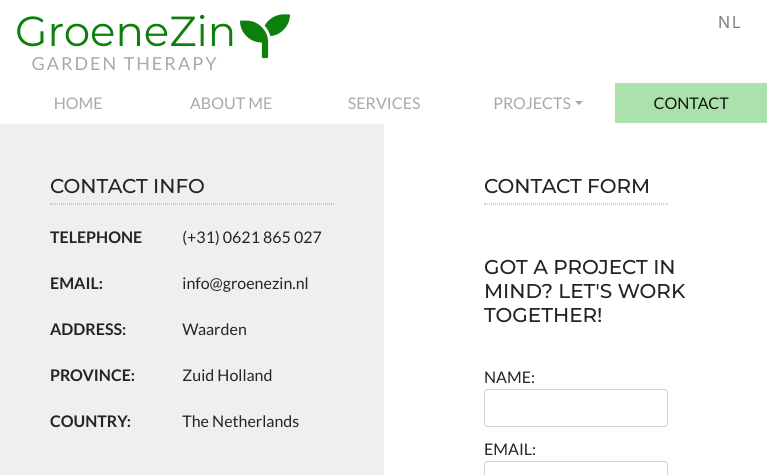
Repository: Sparkplug84/MilestoneProject1
Page: contact.html
The author's editor kept a record of every edit. The page is drawn from the files as they stood at one moment, then again after the next edit.
The browser window is 768 px wide. The pictures show the part of the page from y = 0 to 475 px (the page is 879 px tall before and 875 px after).
Pictures or frames that could not be fetched are drawn as grey boxes. Some web libraries are served in a nearby version.

Above is the page before.
Console error: TypeError: Cannot read properties of undefined (reading 'fn')

### contact.html
<!DOCTYPE html>
<html lang="en">

<head>
    <meta charset="UTF-8">
    <meta name="viewport" content="width=device-width, initial-scale=1.0">
    <meta http-equiv="X-UA-Compatible" content="ie=edge">
    <title>Groenezin | Gardening Coach, Mentor and Designer</title>
    <link rel="stylesheet" href="https://stackpath.bootstrapcdn.com/bootstrap/4.3.1/css/bootstrap.min.css" integrity="sha384-ggOyR0iXCbMQv3Xipma34MD+dH/1fQ784/j6cY/iJTQUOhcWr7x9JvoRxT2MZw1T" crossorigin="anonymous">
    <link rel="stylesheet" href="//use.fontawesome.com/releases/v5.10.2/css/all.css">
    <link rel="stylesheet" href="https://cdnjs.cloudflare.com/ajax/libs/hover.css/2.3.1/css/hover-min.css" type="text/css">
    <script src="https://stackpath.bootstrapcdn.com/bootstrap/4.3.1/js/bootstrap.min.js" integrity="sha384-JjSmVgyd0p3pXB1rRibZUAYoIIy6OrQ6VrjIEaFf/nJGzIxFDsf4x0xIM+B07jRM" crossorigin="anonymous"></script>
    <link rel="stylesheet" href="style.css" type="text/css" />
</head>

<body>
    <div class="container-fluid brand-heading">
        <div class="brand-container">
            <a href="index.html" class="brand">
                <div class="brand-wrapper">
                    <div class="brand-header">GroeneZin</div>
                    <div class="brand-sub uppercase">Garden Therapy</div>
                    <div class="brand-logo"><i class="fas fa-seedling" aria-hidden="true"></i></div>
                </div>
            </a>
        </div>

        <div class="language-toggle"><a class="language-link" href="NL_index.html">NL</a></div>
    </div>

    <nav class="navbar navbar-light navbar-expand-sm">

        <button class="navbar-toggler ml-auto" type="button" data-toggle="collapse" data-target="#navbarDropdown" aria-controls="navbarDropdown" aria-expanded="false" aria-label="Toggle navigation">
        <span class="navbar-toggler-icon"></span></button>

        <div class="collapse navbar-collapse" id="navbarDropdown">
            <ul class="navbar-nav mr-auto">
                <li class="nav-item"><a class="nav-link hvr-fade uppercase" href="index.html">Home</a></li>
                <li class="nav-item"><a class="nav-link hvr-fade uppercase" href="aboutme.html">About Me</a></li>
                <li class="nav-item"><a class="nav-link hvr-fade uppercase" href="services.html">Services</a></li>
                <li class="nav-item dropdown">
                    <a class="nav-link hvr-fade dropdown-toggle uppercase" href="#" id="navbarDropdownMenuLink" role="button" data-toggle="dropdown" aria-haspopup="true" aria-expanded="false">Projects</a>
                    <div class="dropdown-menu" aria-labelledby="navbarDropdownMenuLink">
                        <a class="dropdown-item uppercase" href="coaching.html">Coach & Maintain</a>
                        <a class="dropdown-item uppercase" href="groupactivity.html">Group Activity</a>
                        <a class="dropdown-item uppercase" href="gardendesign.html">Garden Design</a>
                    </div>
                </li>

                <li class="active nav-item"><a class="nav-link hvr-fade uppercase" href="contact.html">Contact</a></li>
            </ul>
        </div>
    </nav>



    <div class="container-fluid">
        <div class="row">
            <div class="col-lg-4 col-md-6 contact-container">
                <div class="contact-info">
                    <h5 class="contact-heading uppercase">Contact Info</h5>
                    <hr class="contact-hr">
                    <div class="info-container">
                        <div class="personal-info-item">
                            <div class="key">
                                <p class="uppercase">Telephone</p>
                            </div>
                            <div class="value">
                                <p>(+31) 0621 865 027</p>
                            </div>
                        </div>
                        <div class="personal-info-item">
                            <div class="key">
                                <p class="uppercase">Email:</p>
                            </div>
                            <div class="value">
                                <p>info@groenezin.nl</p>
                            </div>
                        </div>
                        <div class="personal-info-item">
                            <div class="key">
                                <p class="uppercase">Address:</p>
                            </div>
                            <div class="value">
                                <p>Waarden</p>
                            </div>
                        </div>
                        <div class="personal-info-item">
                            <div class="key">
                                <p class="uppercase">Province:</p>
                            </div>
                            <div class="value">
                                <p>Zuid Holland</p>
                            </div>
                        </div>
                        <div class="personal-info-item">
                            <div class="key">
                                <p class="uppercase">Country:</p>
                            </div>
                            <div class="value">
                                <p>The Netherlands</p>
                            </div>
                        </div>
                    </div>
                </div>
                <div class="contact-photo">

                </div>
            </div>
            <div class="col-lg-8 col-md-6 form-container">
                <h5 class="contact-heading uppercase">Contact form</h5>
                <hr class="contact-hr">
                <h5 class="form-header uppercase">Got a project in mind? Let's work together!</h5>

                <form action="#" method="post" class="form uppercase">
                    <label for="name">Name:</label>
                    <input type="name" id="name" name="name" class="form-control">
                    <label for="email">Email:</label>
                    <input type="email" id="email" name="email" class="form-control">
                    <label for="projectsummary">Project Description:</label>
                    <textarea rows="5" name="projectsummary" id="projectsummary" class="form-control" required></textarea>
                    <button type="submit" class="btn btn-secondary">Send project request!</button>
                </form>
            </div>
        </div>
    </div>

    <footer class="container-fluid">
        <div class="row footer-padding">
            <div class="col-sm-4 mt-3">
                <h6 class="footer-sub uppercase">About Me</h6>
                <p>Enthusiastic gardener with a passion for working with others. Let's work together in the garden!</p>
            </div>
            <div class="col-sm-4 mt-3">
                <h6 class="footer-sub uppercase">Download the flyer</h6>
                <p class="inline-block">Feel free to download our flyer and pass along to potenial clients.
                    <a href="#" target="_blank" class="flyer-pdf">
                        <i class="fa fa-download" aria-hidden="true"></i>
                        <span class="sr-only">Download link.</span>
                    </a>
                </p>
            </div>
            <div class="col-sm-4 mt-3">
                <h6 class="footer-sub uppercase">Social</h6>
                <ul class="list-inline social-links">
                    <li class="list-inline-item">
                        <a href="#" target="_blank">
                            <i class="fab fa-linkedin" aria-hidden="true"></i>
                            <span class="sr-only">LinkedIn</span>
                        </a>
                    </li>
                    <li class="list-inline-item">
                        <a href="#" target="_blank">
                            <i class="fab fa-facebook" aria-hidden="true"></i>
                            <span class="sr-only">Facebook</span>
                    </li>
                    <li class="list-inline-item">
                        <a href="#" target="_blank">
                            <i class="fab fa-instagram" aria-hidden="true"></i>
                            <span class="sr-only">Instagram</span>
                        </a>
                    </li>
                </ul>
            </div>
        </div>
    </footer>



    <script src="https://code.jquery.com/jquery-3.3.1.slim.min.js" integrity="sha384-q8i/X+965DzO0rT7abK41JStQIAqVgRVzpbzo5smXKp4YfRvH+8abtTE1Pi6jizo" crossorigin="anonymous"></script>
    <script src="https://cdnjs.cloudflare.com/ajax/libs/popper.js/1.14.7/umd/popper.min.js" integrity="sha384-UO2eT0CpHqdSJQ6hJty5KVphtPhzWj9WO1clHTMGa3JDZwrnQq4sF86dIHNDz0W1" crossorigin="anonymous"></script>
    <script src="https://stackpath.bootstrapcdn.com/bootstrap/4.3.1/js/bootstrap.min.js" integrity="sha384-JjSmVgyd0p3pXB1rRibZUAYoIIy6OrQ6VrjIEaFf/nJGzIxFDsf4x0xIM+B07jRM" crossorigin="anonymous"></script>
</body>

</html>

### style.css
@import url('https://fonts.googleapis.com/css?family=Lato:300,400,700|Montserrat:200,300,400,500,600,700,800,900&display=swap');

/* --------------------- General styles -------------------*/

.uppercase {
    text-transform: uppercase;
}

body {
    margin: 0;
    padding: 0;
}

.inline-block {
    display: inline-block;
}

/* --------------------- colours -------------------*/

.language-link {
    color: grey;
}

/* --------------------- Brand and Logo Section -------------------*/

.brand-container {
    width: 300px;
}

a.brand {
    width: 250px;
    height: 100%;
    text-decoration: none;
}

.brand-wrapper {
    width: 220px;
    height: 100%;
}

.brand-header {
    font-family: "Montserrat", sans-serif;
    font-size: 42px;
    height: 50px;
    width: 220px;
    color: #0d7f0d;
}

.brand-heading {
    position: relative;
}

.brand-sub {
    font-family: "Lato", sans-serif;
    display: inline-block;
    font-size: 18px;
    height: 32px;
    width: 220px;
    color: darkgrey;
    letter-spacing: 2px;
    text-align: center;
}

.brand-logo {
    display: inline-block;
    position: absolute;
    top: 0;
    right: inherit;
    font-size: 50px;
    height: 82px;
    width: 60px;
    color: #0d7f0d;
    text-align: center;
}

.language-toggle {
    display: inline;
    position: absolute;
    right: 25px;
    top: 10px;
    letter-spacing: 2px;
}

a.language-link {
    text-decoration: none;
}

a.language-link:hover {
    color: #0d7f0d;
}

/* --------------------- Navbar -------------------*/

.collapse {
    position: relative;
    z-index: 1;
    padding: 0;
    margin: 0;
}

.navbar {
    padding: 0;
}

.navbar-light .navbar-nav .nav-link {
    color: darkgrey;
}

nav ul {
    justify-content: space-around;
    width: 100%;
    border: 1px solid white;
    background-color: white;
}

nav ul li {
    border-left: 1px solid white;
    list-style-type: none;
    width: 100%;
    text-align: center;
}

nav ul li a {
    text-decoration: none;
    font-family: "Lato", sans-serif;
}

.hvr-fade {
    width: 100%;
    padding-right: 0;
    padding-left: 0;
}

.hvr-fade:hover {
    color: white;
    background-color: #abe1ab;
}

.navbar .navbar-toggler {
    border: 0;
}

.active {
    background-color: #abe1ab;
}

.dropdown-item {
    text-align: center;
}

/* --------------------- Callout -------------------*/

.callout-container {
    font-family: "Montserrat", sans-serif;
    height: 100vh;
    background: url(https://www.nps.gov/caco/learn/news/images/National-Public-Lands-Day_1.JPG) no-repeat right fixed;
    -webkit-background-size: cover;
    -moz-background-size: cover;
    -o-background-size: cover;
    background-size: cover;
    display: flex;
    align-items: center;
    justify-content: center;
    position: relative;
}

.jumbotron {
    background: rgba(0, 0, 0, 0.5);
    max-width: 750px;
    max-height: 400px;
}

.jumbotron-header,
.jumbotron .sub-header {
    color: white;
}

.block-divider {
    width: 200px;
    height: 2px;
    border: none;
    background-color: #fff;
}

.btn-cta {
    color: #fff;
    background-color: #e84610;
    border-color: #e84610;
    width: 160px;
    border-radius: 0;
    font-family: "Montserrat", sans-serif;
}

.btn {
    font-size: 15px;
    font-weight: 500;
}

/* --------------------- Footer -------------------*/

.footer-sub {
    font-family: "Montserrat", sans-serif;
    font-weight: 400;
    color: white;
    margin-bottom: 4px;
}

footer {
    background-color: #0d7f0d;
    min-height: 100px;
}

footer p {
    font-family: "Lato", sans-serif;
    font-size: 14px;
    font-weight: 200;
    color: white;
    margin: 0;
    padding: 0;
}

.flyer-pdf {
    font-size: 16px;
    color: white;
    padding-left: 5px;
    transition: all 0.5s ease-in-out;
    -moz-transition: all 0.5s ease-in-out;
    -o-transition: all 0.5s ease-in-out;
    -webkit-transition: all 0.5s ease-in-out;
}

.flyer-pdf:hover {
    color: #e84610;
}


.social-links li a i {
    width: 35px;
    height: 35px;
    border-radius: 50%;
    font-size: 18px;
    text-align: center;
    color: #0d7f0d;
    background: white;
    line-height: 8px;
    padding: 13px 0;
    transition: all 0.5s ease-in-out;
    -moz-transition: all 0.5s ease-in-out;
    -o-transition: all 0.5s ease-in-out;
    -webkit-transition: all 0.5s ease-in-out;
}

.social-links li a i:hover {
    background-color: #e84610;
}

.footer-padding {
    padding: 0 18px 18px 18px;
}

/* --------------------- About Me -------------------*/

.profile-container {
    padding: 40px;
    background: #efefef;
}

.profile-name {
    font-family: "Montserrat", sans-serif;
    font-size: 25px;
    font-weight: 400;
    text-align: center;
    padding-bottom: 15px;
}

.profile-photo {
    width: 100%;
    padding-bottom: 100%;
    border: solid 3px darkgrey;
    border-radius: 50%;
    margin: 0 auto;
    background: url("./images/maaike-profile.jpg") center;
    background-repeat: no-repeat;
    background-size: cover;
}

.details-heading {
    font-family: "Montserrat", sans-serif;
    font-size: 25px;
    font-weight: 400;
    padding-bottom: 25px;
}

.details-container {
    padding: 20px 20px 0px 20px;
    background: #efefef;
    margin: 0 auto;
}

.personal-info-item {
    display: block;
    clear: both;
    margin-bottom: 22px;
    font-family: "Lato", sans-serif;
}

.personal-info-item .key,
.personal-info-item .value {
    display: inline-block;
}

.personal-info-item .key p,
.personal-info-item .value p {
    margin: 0;
    padding-left: 30px;
}

.personal-info-item .key {
    width: 30%;
    margin-right: 20px;
}

.personal-info-item .key p {
    font-weight: 700;
}

.personal-info-item .value {
    position: relative;
    width: 60%;
}

.aboutme-container {
    padding: 40px;

}

.aboutme-heading {
    font-family: "Montserrat", sans-serif;
    font-size: 25px;
    font-weight: 400;
    padding-bottom: 25px;
}

.aboutme-subheading {
    font-family: "Montserrat", sans-serif;
    font-size: 16px;
    font-weight: 600;
}

.col-10 {
    padding-bottom: 30px;
}

.col-10 p {
    font-family: "Lato", sans-serif;
}

.aboutme-icon {
    color: #e84610;
    font-size: 18px;
}

/* --------------------- Services -------------------*/

.services-heading {
    font-family: "Montserrat", sans-serif;
    font-weight: 600;
}

.services-info {
    font-family: "Lato", sans-serif;
    font-size: 14px;
}

.services-section {
    padding: 50px 0px 50px 100px;
    position: relative;
    right: 0;
    margin: 0 auto;
}

.services-sub {
    min-height: 300px;
    background-color: #efefef;
    padding: 20px;
}

.photo-section {
    padding: 50px 20px 50px 0px;
    margin: 0;
}

.photo-service1 {
    width: 85%;
    min-height: 300px;
    background: url("./images/tuinier-plant-zaadjes-in-zijn-tuin.jpg") no-repeat center;
    background-size: cover;
}

.photo-service2 {
    width: 85%;
    min-height: 300px;
    background: url("./images/group-activity1.jpg") no-repeat center;
    background-size: cover;
}

.photo-service3 {
    width: 85%;
    min-height: 300px;
    background: url("./images/Moestuin Herbergier plan.jpg") no-repeat center;
    background-size: cover;
}

.price-heading {
    display: inline-block;
    font-family: "Montserrat", sans-serif;
}

.price-info {
    display: inline-block;
    font-family: "Lato", sans-serif;
    padding-left: 10px;
}

.coaching-link,
.coaching-link:hover {
    color: black;
    text-decoration: none;
}

/* --------------------- Mentor & Coach -------------------*/

.coaching-header {
    width: 100%;
    height: 100%;
    background-color: #efefef;
    padding: 25px;
}

.coaching-heading {
    font-family: "Montserrat", sans-serif;
    font-weight: 500;
}

.coaching-jumbotron {
    position: relative;
    background: url("./images/Coaching1.jpg") no-repeat center;
    -webkit-background-size: cover;
    -moz-background-size: cover;
    -o-background-size: cover;
    background-size: cover;
    height: 450px;
    width: 100%;
    margin: 0 0 50px 0;
}

.coaching-jumbotron2 {
    position: relative;
    background: url("./images/Coaching2.jpg") no-repeat center;
    -webkit-background-size: cover;
    -moz-background-size: cover;
    -o-background-size: cover;
    background-size: cover;
    height: 450px;
    width: 100%;
    margin: 0 0 50px 0;
}

.coaching-container-text {
    position: absolute;
    top: 25px;
    background-color: #efefef;
    width: 90px;
    height: 45px;
    padding: 14px;
}

.coaching-container-text h5 {
    color: black;
    font-family: "Lato", sans-serif;
    font-size: 16px;
    font-weight: 600;
}


/* --------------------- Contact -------------------*/

.contact-photo {
    height: 280px;
    background: url(https://cdn.pixabay.com/photo/2017/12/02/14/38/contact-us-2993000_1280.jpg) no-repeat center;
    -webkit-background-size: cover;
    -moz-background-size: cover;
    -o-background-size: cover;
    background-size: cover;
}

.contact-container {
    padding: 0;
    margin: 0;
}

.info-container {
    padding: 0 0 20px 20px;
}

.contact-hr {
    border: dotted 1px;
    opacity: 0.2;
    margin: 5px 50px 20px;
}

.contact-info {
    display: block;
    width: 100%;
    height: 35s0px;
    background-color: #efefef;
}

.contact-heading {
    padding: 50px 0 0 50px;
    margin-bottom: 0;
    font-family: "Montserrat", sans-serif;
}

.form-container {
    padding: 0 50px 0;
}

.form {
    padding: 20px 50px 20px 50px;
}

.form-header {
    padding: 30px 20px 0 50px;
    font-family: "Montserrat", sans-serif;
    text-align: left;
}

label {
    font-family: "Lato", sans-serif;
    margin: 10px 0 0;
}

button[type="submit"] {
    margin-top: 15px;
    margin-bottom: 20px;
    color: #fafafa;
    background-color: #e84610;
}

/* --------------------- Media Queries -------------------*/

@media(max-width: 575px) {
    .navbar {
        position: absolute;
        right: 10px;
        top: 40px;
        z-index: 1;
    }
}

@media(max-width: 767px) {
    .services-section {
        padding: 50px 50px 0px 50px;
        position: relative;
        bottom: 0;
        margin: 0 auto;
    }
    .photo-section {
        padding: 0px 50px 50px 50px;
        margin: 0 auto;
    }
    .services-sub {
        height: 200px;
        min-height: 0;
    }
    .photo-service1,
    .photo-service2,
    .photo-service3 {
        width: 100%;
    }
}

@media(max-width: 480px) {
    .services-section {
        padding: 50px 0px 0px 0px;
        position: relative;
        bottom: 0;
        margin: 0 auto;
    }
    .photo-section {
        padding: 0px 0px 50px 0px;
        margin: 0 auto;
    }
    .services-sub {
        height: 200px;
        min-height: 0;
    }
    .photo-service1,
    .photo-service2,
    .photo-service3 {
        width: 100%;
        height: 250px;
    }
}

@media(max-width: 991px) {
    .col-lg-6 {
        padding: 0;
    }
    .form-container {
    padding: 0 50px 0;
}
}

After the next edit:
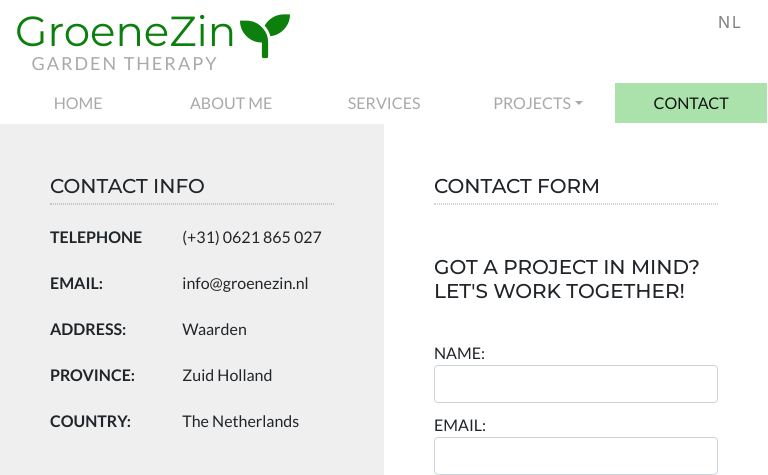
The edit:
--- a/style.css
+++ b/style.css
@@ -609,6 +609,6 @@
         padding: 0;
     }
     .form-container {
-    padding: 0 50px 0;
-}
-}
+        padding: 0;
+    }
+}
